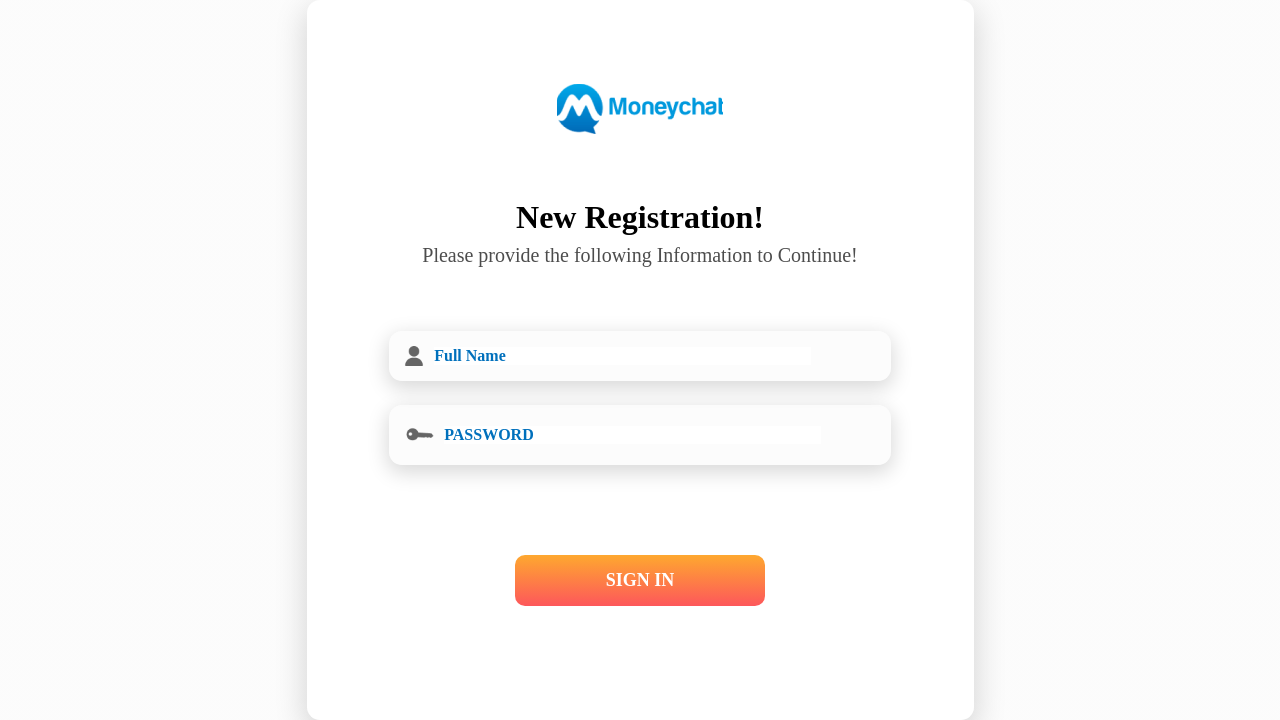
Repository: FlyweisReact/Money-Chat
Page: /register
The author's editor kept a copy of each file at every save. The page is drawn from the files as they stood at one save, then again after a run of saves.
The browser window is 1280 px wide. The pictures show the whole page.
The project was rebuilt for these pictures with package versions that can differ from the ones it lists, and the page was loaded fresh each time. Also part of the build but not shown: src/forms/Login.jsx.

Above is the page before, as saved 2023-11-29 14:46:42.

After the next 2 saves:
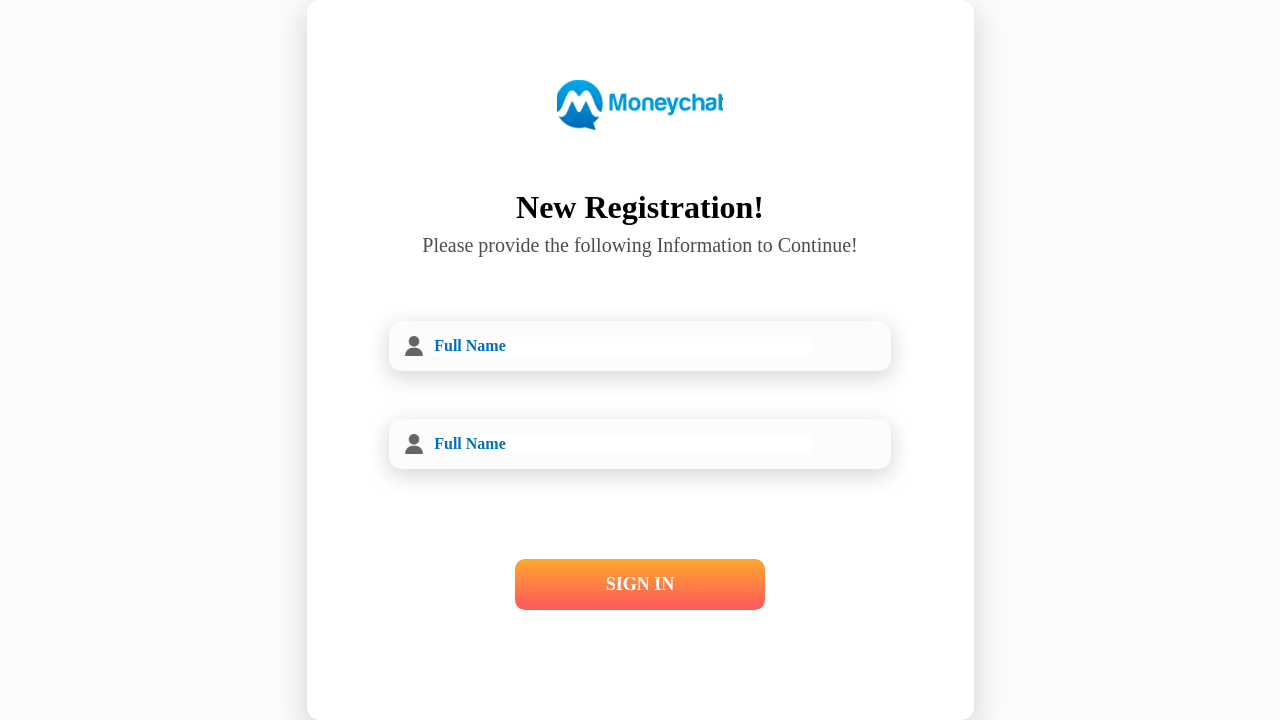
The 2 saves are shown as one change because they came seconds apart.
The last was saved 12 s later.
--- a/src/forms/Regestration.js
+++ b/src/forms/Regestration.js
@@ -19,11 +19,12 @@
             <img src="./Image/1.png" alt="" />
             <input type="text" placeholder="Full Name" />
           </div>
+          <div className="input_group mt-5">
+            <img src="./Image/1.png" alt="" />
+            <input type="text" placeholder="Full Name" />
+          </div>
 
-          <div className="input_group mt-4">
-            <img src="./Image/2.png" alt="" style={{ width: "30px" }} />
-            <input type="password" placeholder="PASSWORD" />
-          </div>
+
         </div>
 
         <button className="login_btn">SIGN IN</button>
